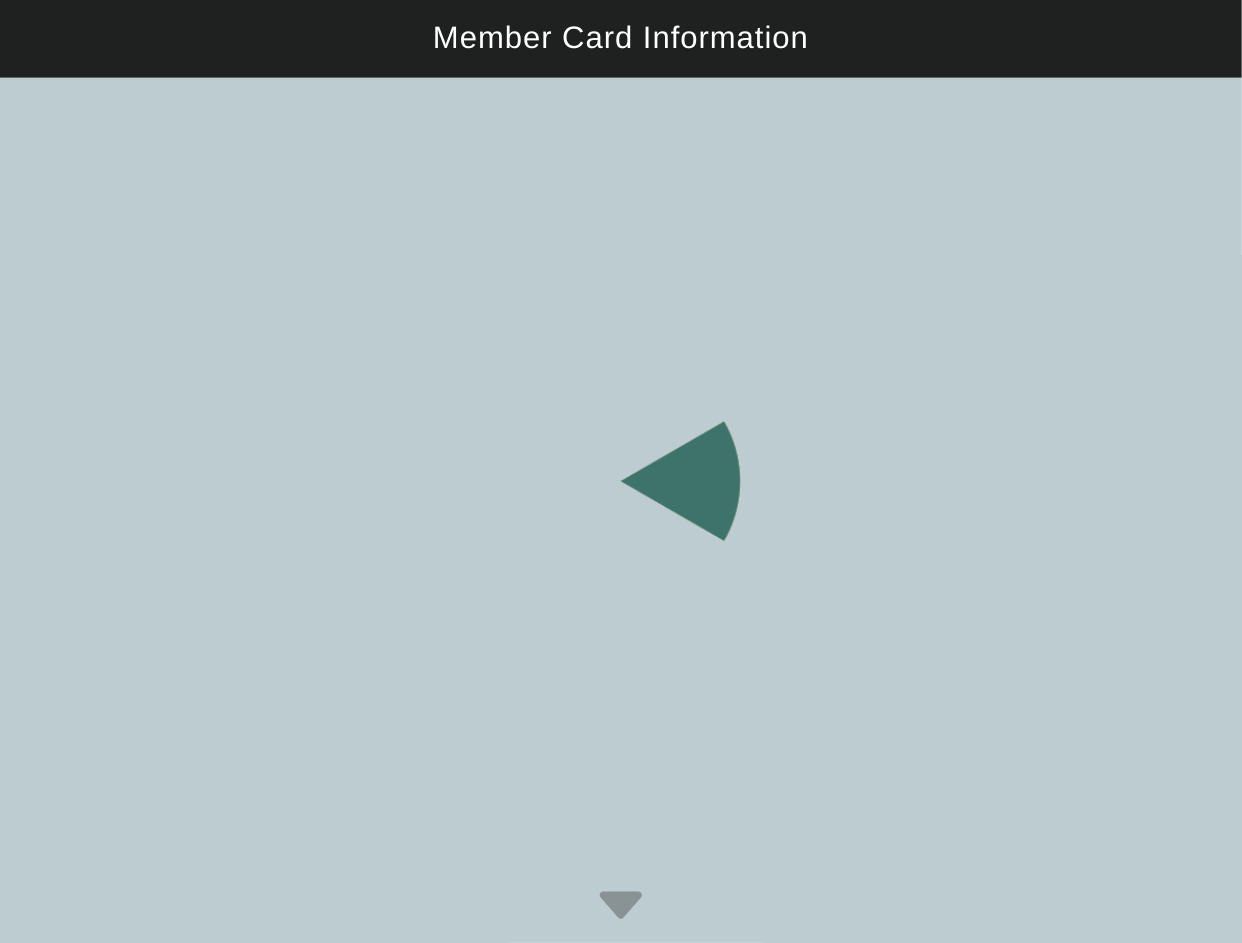
Repository: Leooook/lzhao-fed-test
Page: /
The author's editor kept a copy of each file at every save. The page is drawn from the files as they stood at one save, then again after the next save.
The browser window is 1280 px wide. The pictures show the whole page, at 97% of full size.
The page's requests for data from a server got no answer. The project was rebuilt for these pictures with package versions that can differ from the ones it lists, and the page was loaded fresh each time. No one was signed in, and anything a server would have sent is missing. Also part of the build but not shown: src/components/detail.jsx.

Above is the page before, as saved 2021-03-15 21:52:59.

### src/index.html
<!DOCTYPE html>
<html lang="en">
	<head>
		<meta charset="utf-8" />
		<meta http-equiv="X-UA-Compatible" content="IE=edge,chrome=1" />
		<title>Member Card Info</title>
		<meta name="description" content="" />
		<meta name="viewport" content="width=device-width, initial-scale=1.0, maximum-scale=1.0, user-scalable=no" />
	</head>
	<body>
		<div id="root" class="react-root"></div>
	</body>
</html>

### src/App.js
import React, {useState} from 'react';
import {BsCaretDownFill} from 'react-icons/bs'

import './App.css'
import Header from './components/header.jsx'
import Feature from './components/feature.jsx'

export default function App() {
  const [featureAmount, setFeatureAmount] = useState([1])

  const setFeature = () => {
    setFeatureAmount(featureAmount => {return [...featureAmount, 1]})
  }

	return (
    <div className='app'>
      <Header />
      {
        featureAmount.map((key) => <Feature key = {key}/>)
      }
      <BsCaretDownFill className='add-feature' onClick={() => setFeature()}/>
    </div>
  )
}

### src/App.css
* {
	margin: 0;
	padding: 0;
	box-sizing: border-box;
}
:root {
	--nav-black: rgba(14, 14, 14, 0.897);
	--white: #ffffff;
	--light-blue: rgb(189, 204, 208);
	--grey: rgb(145, 145, 145);
	--light-grey: rgb(209, 209, 209);
}
/* app */
.app {
	max-width: 100vw;
	min-height: 100vh;
	background-color: var(--light-blue);
}
.add-feature {
	position: relative;
	color: rgba(65, 65, 65, 0.418);
	width: 60px;
	height: 60px;
	margin: 30px auto 0 auto;
	display: block;
	cursor: pointer;
	animation: upAndDown 3s ease-in-out infinite;
}
.add-feature:active {
	transform: scale(1.1);
	transition: all 1s ease;
}
@keyframes upAndDown {
	0% {
		bottom: 0;
	}
	50% {
		bottom: 10px;
	}
	100% {
		bottom: 0;
	}
}
/* end of app */
/* header */
.header {
	background-color: var(--nav-black);
	height: 80px;
	padding: 20px;
	margin-bottom: 80px;
	font-size: 2rem;
	font-family: 'Franklin Gothic Medium', 'Arial Narrow', Arial, sans-serif;
	text-align: center;
	color: var(--white);
	letter-spacing: 1px;
}
@media screen and (max-width: 500px) {
	.header {
		margin-bottom: 30px;
		padding: 30px;
		font-size: 1.4rem;
	}
}
/* end of header */
/* loader */
.load {
	width: 100%;
}
.loadPic {
	height: 20%;
	width: 20%;
	display: block;
	margin: 40vh auto;
}
/* end of loader */
/* feature */
.feature {
	margin-top: -65px;
	padding: 60px 8%;
	display: grid;
	grid-template-columns: repeat(auto-fill, minmax(450px, 1fr));
	grid-row-gap: 50px;
	grid-column-gap: 80px;
}
@media screen and (max-width: 500px) {
	.feature {
		padding: 30px 20px;
		display: initial;
	}
}
/* end of feature */
/* detail */
.detail {
	margin: auto;
	padding: 10px 20px;
	width: 450px;
	height: 240px;
	background: hsla(0, 0%, 100%, .3);
	border-radius: 6px;
	box-shadow: 0 6px 20px 6px rgba(0, 0, 0, 0.207);
	display: flex;
	align-items: center;
	cursor: pointer;
	transition: all linear 0.2s;
}
.detail:hover {
	transform: scale(1.05);
	box-shadow: 0 10px 30px 10px rgba(0, 0, 0, 0.207);
}
.left-section {
	width: calc(40% - 20px);
	margin-right: 10%;
}
.right-section {
	width: clac(50% - 20px);
}
.detail-pic {
	margin: 0 auto;
	height: 140px;
	width: 140px;
	border-radius: 50%;
	box-shadow: 0 0 10px 8px var(--light-grey);
}
.detail-info {
	margin-bottom: 10px;
}
.detail-name {
	font-family: 'Playfair Display', serif;
	font-weight: bold;
	font-size: 1.3rem;
}
.detail-name2 {
	font-weight: 100;
	font-size: 0.9rem;
	color: rgb(82, 82, 82);
	font-style: oblique;
}
.detail-sex-date {
	display: flex;
}
.detail-date {
	margin-right: 13px;
}
.detail-font {
	font-family: 'Source Sans Pro', sans-serif;
	font-size: 0.8rem;
}
@media screen and (max-width: 500px) {
	.detail {
		margin-bottom: 30px;
		width: 90vw;
		height: 50vw;
	}
	.detail-pic {
		height: 100px;
		width: 100px;
	}
	.detail-info {
		margin-bottom: 6px;
	}
	.detail-name {
		font-size: 1rem;
	}
	.detail-name2 {
		font-size: 0.8rem;
	}
	.detail-date {
		margin-right: 8px;
	}
	.detail-font {
		font-size: 0.75rem;
	}
}
/* end of detail */

### src/components/header.jsx
import React, { Component } from 'react'

class Header extends Component {
	render() {
		return <section className="header">Member Card Information</section>
	}
}

export default Header

### src/components/feature.jsx
import React, { Component } from 'react'

import Loader from './loader.jsx'
import Detail from './detail.jsx'

class Feature extends Component {
	state = {
		dataSet: [],
		dataAmount: 6
	}

	fetchData = () => {
		fetch('https://randomuser.me/api/', {
			method: 'GET'
		})
			.then((response) => response.json())
			.then((data) => {
				let dataSet = this.state.dataSet
				dataSet.push(data.results[0])
				this.setState({ dataSet })
			})
			.catch((error) => {
				console.error('Error:', error)
			})
	}

	componentDidMount() {
		for (let i = 0; i < this.state.dataAmount; i++) {
			this.fetchData()
		}
	}

	render() {
		if (this.state.dataSet.length === 0 || this.state.dataSet.length % 6 !== 0) {
			return <Loader />
		} else {
			return (
				<section className="feature">
					{this.state.dataSet.map((each, key) => <Detail key={key} data={each} />)}
				</section>
			)
		}
	}
}

export default Feature

### src/components/loader.jsx
import React from 'react'

import loadPic from '../images/load.gif'

function Loader() {
	return (
		<section className="load">
			<img src={loadPic} className="loadPic" alt="load" />
		</section>
	)
}

export default Loader

Loaded but not shown: src/index.js (common file)

After the next save:
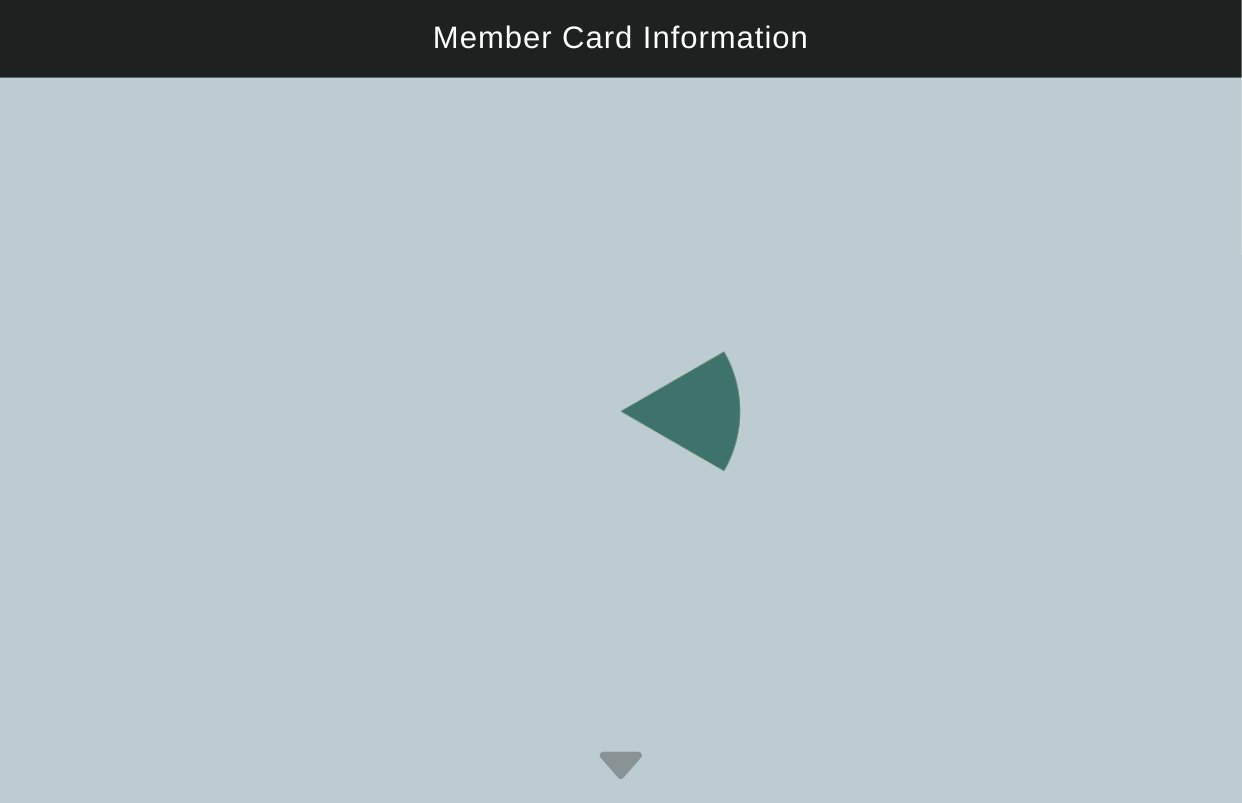
Saved 9 s later.
--- a/src/App.css
+++ b/src/App.css
@@ -70,7 +70,7 @@
 	height: 20%;
 	width: 20%;
 	display: block;
-	margin: 40vh auto;
+	margin: 30vh auto;
 }
 /* end of loader */
 /* feature */
